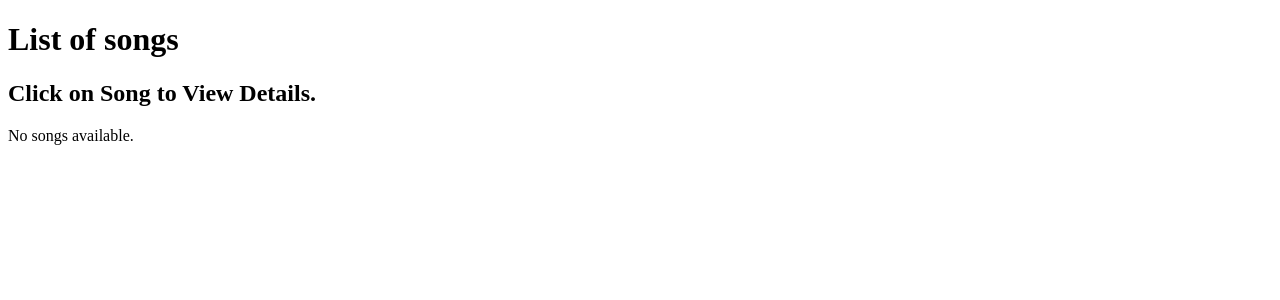
Repository: thagunnaharish1-netizen/GeetShala
Page: http://localhost/songs/
These files come from the project's save history. The page is drawn as it stood at one moment and after the next save; the edit follows.
The browser window is 1280 px wide. The pictures show the whole page.
The page is served by the project's application, run on Django 5.2 (manage.py). Other server files are loaded and not shown.

Above is the page before, as saved 2026-09-01 19:02:22.

### songs/templates/song_list.html
<!DOCTYPE html>
<html lang="en">
<head>
    <meta charset="UTF-8">
    <meta name="viewport" content="width=device-width, initial-scale=1.0">
    <title>Geetshala</title>
</head>
<body>
    <h1>List of songs</h1>
    <h2>Click on Song to View Details.</h2>
    {% if songs %}
        <p>List of {{ songs|length }} songs</p>
        {% for song in songs %}
            <p><a href="{% url 'song_detail' song.id %}">{{ song.title }} by {{ song.artist }}</a></p>
        {% endfor %}
    {% else %}
        <p>No songs available.</p>
    {% endif %}

</body>
</html>

### songs/views.py
from django.shortcuts import render
from django.http import HttpResponse

def song_list(request):
    # response_text = '<h1>List of songs</h1><h2>Click on Song to View Details.</h2>'
    # return HttpResponse(response_text)
    songs = [
        {'id': 1, 'title': 'Song 1', 'artist': 'Artist 1'},
        {'id': 2, 'title': 'Song 2', 'artist': 'Artist 2'},
        {'id': 3, 'title': 'Song 3', 'artist': 'Artist 3'},
        {'id': 4, 'title': 'Song 4', 'artist': 'Artist 4'},
        {'id': 5, 'title': 'Song 5', 'artist': 'Artist 5'},
    ]
    return render(request, 'song_list.html', {'songs1': songs})

def song_detail(request, song_id):
    response_text = f"You are calling:{song_id}"
    return HttpResponse(response_text)

### geetshala/urls.py
"""
URL configuration for geetshala project.

The `urlpatterns` list routes URLs to views. For more information please see:
    https://docs.djangoproject.com/en/6.1/topics/http/urls/
Examples:
Function views
    1. Add an import:  from my_app import views
    2. Add a URL to urlpatterns:  path('', views.home, name='home')
Class-based views
    1. Add an import:  from other_app.views import Home
    2. Add a URL to urlpatterns:  path('', Home.as_view(), name='home')
Including another URLconf
    1. Import the include() function: from django.urls import include, path
    2. Add a URL to urlpatterns:  path('blog/', include('blog.urls'))
"""
from django.contrib import admin
from django.urls import path, include

urlpatterns = [
    path('admin/', admin.site.urls),
    path('songs/', include('songs.urls')),
]

### songs/urls.py
# App-level URLconf: routes to specific views within the songs app
from django.urls import path
from . import views
urlpatterns = [
    path('', views.song_list, name='song_list'),  # e.g., /songs/
    path('<int:song_id>/', views.song_detail, name='song_detail') #e.g., /songs/12
]

After the next save:
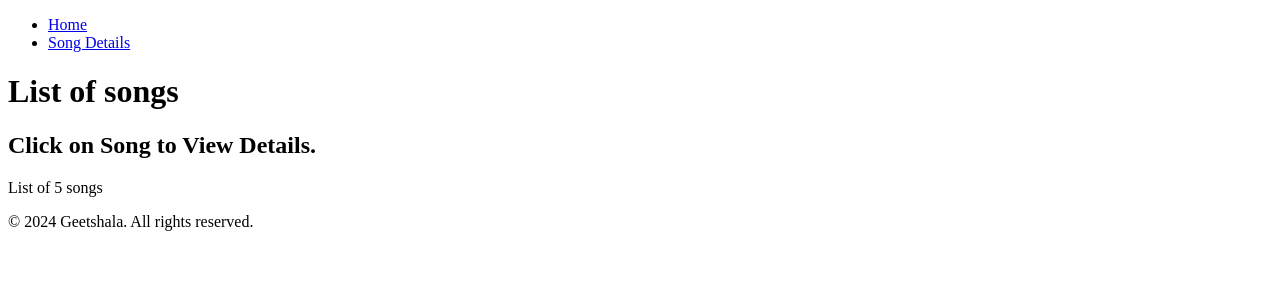
Saved 93 s later.
--- a/songs/templates/song_list.html
+++ b/songs/templates/song_list.html
@@ -6,10 +6,19 @@
     <title>Geetshala</title>
 </head>
 <body>
-    <h1>List of songs</h1>
-    <h2>Click on Song to View Details.</h2>
-    {% if songs %}
-        <p>List of {{ songs|length }} songs</p>
+    <header>
+        <nav>
+            <ul>
+                <li><a href="{% url 'song_list' %}">Home</a></li>
+                <li><a href="{% url 'song_detail' 1 %}">Song Details</a></li>
+            </ul>
+        </nav>
+    </header>
+    <main>
+        <h1>List of songs</h1>
+        <h2>Click on Song to View Details.</h2>
+        {% if songs1 %}
+            <p>List of {{ songs1|length }} songs</p>
         {% for song in songs %}
             <p><a href="{% url 'song_detail' song.id %}">{{ song.title }} by {{ song.artist }}</a></p>
         {% endfor %}
@@ -17,5 +26,12 @@
         <p>No songs available.</p>
     {% endif %}
 
+    </main>
+
+    <footer>
+        <p>&copy; 2024 Geetshala. All rights reserved.</p>
+    </footer>
+
+
 </body>
 </html>

After the save that followed:
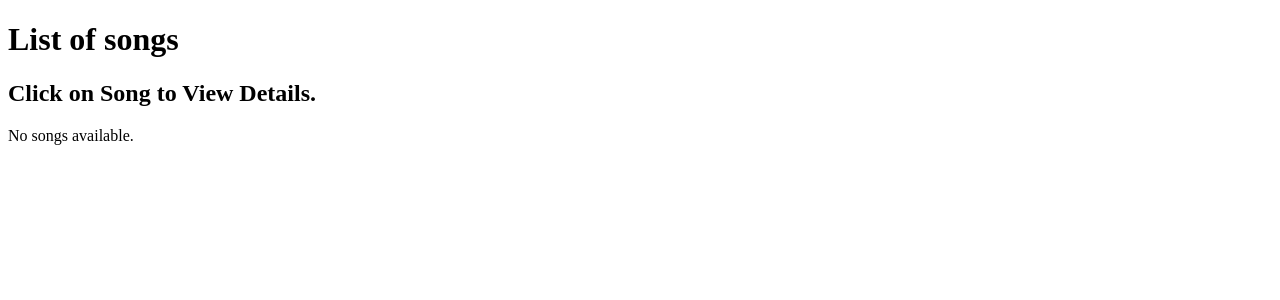
Saved 19 s later.
--- a/songs/templates/song_list.html
+++ b/songs/templates/song_list.html
@@ -6,19 +6,12 @@
     <title>Geetshala</title>
 </head>
 <body>
-    <header>
-        <nav>
-            <ul>
-                <li><a href="{% url 'song_list' %}">Home</a></li>
-                <li><a href="{% url 'song_detail' 1 %}">Song Details</a></li>
-            </ul>
-        </nav>
-    </header>
-    <main>
-        <h1>List of songs</h1>
-        <h2>Click on Song to View Details.</h2>
-        {% if songs1 %}
-            <p>List of {{ songs1|length }} songs</p>
+
+
+    <h1>List of songs</h1>
+    <h2>Click on Song to View Details.</h2>
+    {% if songs %}
+        <p>List of {{ songs|length }} songs</p>
         {% for song in songs %}
             <p><a href="{% url 'song_detail' song.id %}">{{ song.title }} by {{ song.artist }}</a></p>
         {% endfor %}
@@ -26,12 +19,5 @@
         <p>No songs available.</p>
     {% endif %}
 
-    </main>
-
-    <footer>
-        <p>&copy; 2024 Geetshala. All rights reserved.</p>
-    </footer>
-
-
 </body>
 </html>
